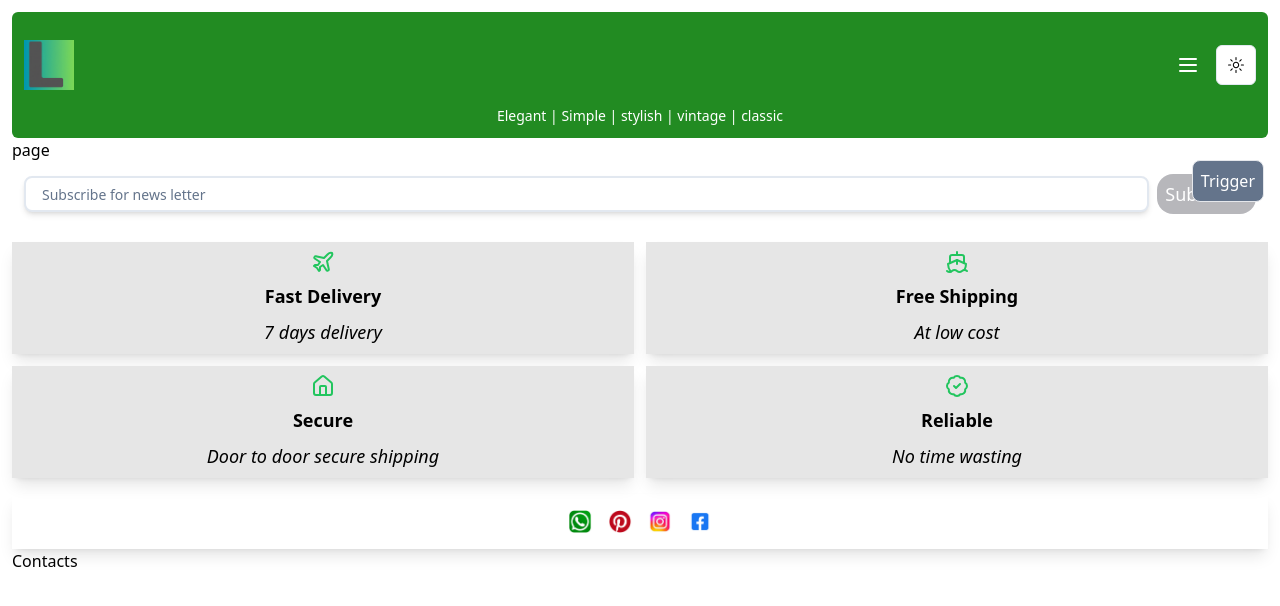
Repository: Semanmernstack/bisi-abejide
Page: /bb
These files come from the project's save history. The page is drawn as it stood at one moment and after the next save; the edit follows.
The browser window is 1280 px wide. The pictures show the whole page.
The project was rebuilt for these pictures with package versions that can differ from the ones it lists, and the page was loaded fresh each time. The framework's server and built-in components were replaced by stand-ins that run in the browser. Also part of the build but not shown: next.config.mjs.

Above is the page before, as saved 2024-04-19 00:57:29.

### app/layout.tsx
import type { Metadata } from "next";
import { Inter } from "next/font/google";
import "./globals.css";
import { ThemeProvider } from "@/components/theme-provider";
import Nav from "@/components/Nav";
import Footer from "@/components/Footer";

const inter = Inter({ subsets: ["latin"] });

export const metadata: Metadata = {
  title: "Welcome to Lolaflo store",
  description: "Hppy Shopping",
};

export default function RootLayout({
  children,
}: Readonly<{
  children: React.ReactNode;
}>) {
  return (
    <html lang="en">
      <body className=" flex flex-col p-3  min-h-screen   dark:bg-gray-800 dark:text-white">
      <ThemeProvider
            attribute="class"
            defaultTheme="system"
            enableSystem
            disableTransitionOnChange
          >
            <Nav/>
        {children}
        <Footer/>
      </ThemeProvider>
        </body>
    </html>
  );
}

### components/Nav.tsx
"use client"

import Image from "next/image"
import Cat from "./Cat"
import Toggle from "./Toggle"
import { motion } from "framer-motion"
import anky from '../public/anky.gif'
import Link from "next/link"

function Nav() {
    return (
      <div    className='p-3 top-0 z-50 sticky w-full bg-[#228B22] rounded-md  '>

          <div    className='flex py-4 gap-2 items-center justify-between '>
              <motion.div
                     initial={{
                        x: -500,
                         opacity: 0,
                        scale:0.5,
                    }}
                    animate={{
                        x:0,
                        opacity: 1,
                        scale: 1,
                    }}
                    transition={{
                        duration: 1,
                    }}
                    className='flex flex-col  justify-start   font-serif items-center  text-white'>
                    <Link href={'/'} className="flex flex-col ">


                      <Image className="flex justify-start" src={anky} alt="" width={50} height={40}/>

                    </Link>






              </motion.div>
              <motion.div
                  initial={{
                    x: 500,
                    opacity: 0,
                    scale:0.5,
                }}
                animate={{
                    x:0,
                    opacity: 1,
                    scale: 1,
                }}
                transition={{
                    duration: 1,
                }}
                className='flex items-center  space-x-2'>
                  <Cat/>
                  <Toggle/>
              </motion.div>
          </div>

          <div  className="flex  text-center justify-center text-white text-xs ">
                <h1 className="text-sm font-medium">Elegant | Simple | stylish | vintage | classic</h1>
            </div>

      </div>
    )
  }

  export default Nav

### components/Footer.tsx
"use client"
import React, { useState } from 'react'
import Mailing from './Mailing'
import Delivery from './Delivery'
import Ai from './Ai'
import NewsLet from './NewsLet'
import SubAi from './SubAi'
import Contacts from './Contacts'
import Icon from './Icon'

function Footer() {

  return (
    <div >
        <div>
            <NewsLet/>
            <SubAi   />
            <Delivery />
            <Icon/>
            <Contacts/>
        </div>
    </div>
  )
}

export default Footer

try {

} catch (error) {

}

### components/Cat.tsx
"use client"
import React from 'react'
import {
    DropdownMenu,
    DropdownMenuContent,
    DropdownMenuItem,
    DropdownMenuLabel,
    DropdownMenuSeparator,
    DropdownMenuTrigger,
  } from "@/components/ui/dropdown-menu"
import { MenuIcon } from 'lucide-react'
import { usePathname } from 'next/navigation'
import Link from 'next/link'
import Icon from './Icon'

interface P {
    name: string,
    href: string
}

const links: P[] = [
    {
        name: 'Home', href: "/"
    },
    {
        name: 'Ankara ', href: "/Ankara"

    },

    {
        name: 'Kaftan ', href: "/Kaftan"

    },
    {
        name: 'Turban ', href: "/Turban"

    },




]


function Cat() {
    const pathname = usePathname()
  return (

    <div>
        <DropdownMenu >
            <DropdownMenuTrigger className=" flex flex-col w-10 h-9  text-white text-xl  justify-center items-center text-center">
                <MenuIcon/>
            </DropdownMenuTrigger>
            <DropdownMenuContent className=''>
                <DropdownMenuLabel className=" flex font-bold font-serif sm:font-bold justify-center gap-1 p-1 border items-center"> CATEGORIES</DropdownMenuLabel>
                <DropdownMenuSeparator />

                <DropdownMenuItem className="flex items-center justify-center   flex-col p-3 gap-2    rounded-md">
                {links.map((l, index) => (
                <div key={index} className='flex   rounded-lg  text-zinc-500 md:w-1/2 text-center font-extrabold     p-2 transition ease-in-out delay-150 hover:-translate-y-1 hover:scale-95  duration-300 '>
                    {pathname === l.href ? (
                        <Link href={l.href} className='text-sm sm:text-lg text-red-800 font-semibold animate-pulse'>
                            {l.name}
                        </Link>

                    ):(
                        <Link href= {l.href }
                        className="flex   p-2 gap-1 italic sm:font-semibold hover:border rounded-lg border-teal-700  text-slate-800 dark:text-white text-sm sm:text-lg font-bold transition duration-100  "
                        >
                            {l.name}
                        </Link>

                    )}

                </div>
            ))}
            <Icon/>

                </DropdownMenuItem>


            </DropdownMenuContent>
        </DropdownMenu>

    </div>
  )
}

export default Cat

### components/Toggle.tsx
"use client"
import React from 'react'
import { MoonIcon, SunIcon } from "@radix-ui/react-icons"
import { useTheme } from "next-themes"
import { Button } from "@/components/ui/button"
import {
    DropdownMenu,
    DropdownMenuContent,
    DropdownMenuItem,
    DropdownMenuTrigger,
  } from "@/components/ui/dropdown-menu"

function Toggle() {
    const { setTheme } = useTheme()
  return (
    <div>
        <DropdownMenu>
      <DropdownMenuTrigger asChild>
        <Button variant="outline" size="icon">
          <SunIcon className=" h-4 w-4 rotate-0 scale-100 transition-all dark:-rotate-90 dark:scale-0" />
          <MoonIcon className="absolute h-4 w-4 rotate-90 scale-0 transition-all dark:rotate-0 dark:scale-100" />
          <span className="sr-only">Toggle theme</span>
        </Button>
      </DropdownMenuTrigger>
      <DropdownMenuContent align="end">
        <DropdownMenuItem onClick={() => setTheme("light")}>
          Light
        </DropdownMenuItem>
        <DropdownMenuItem onClick={() => setTheme("dark")}>
          Dark
        </DropdownMenuItem>
        <DropdownMenuItem onClick={() => setTheme("system")}>
          System
        </DropdownMenuItem>
      </DropdownMenuContent>
    </DropdownMenu>

    </div>
  )
}

export default Toggle

### components/Delivery.tsx

import {  BadgeCheckIcon, PlaneIcon, HomeIcon, ShipIcon } from 'lucide-react'
import React from 'react'

const details = [
    {
        name: 'Fast Delivery',
        icon: <PlaneIcon/>,
        desc: '7 days delivery',
    },
    {
        name: 'Free Shipping',
        icon: <ShipIcon/>,
        desc: 'At low cost',
    },
    {
        name: 'Secure',
        icon: <HomeIcon/>,
        desc: 'Door to door secure shipping',
    },
    {
        name: 'Reliable',
        icon: <BadgeCheckIcon/>,
        desc: 'No time wasting',
    },
]

function Delivery() {
  return (
    <div className='  dark:bg-gray-800   py-4 grid grid-cols-1 sm:grid-cols-2 gap-3'>
        {details?.map((b, i) => (
            <div className='flex flex-col border-1  text-center justify-center items-center  bg-[#e6e6e6] p-2 gap-2 shadow-lg ' key={i}>
                <h2 className='text-green-500 '>{b.icon}</h2>
                <h4 className='text-xs sm:text-sm md:text-lg dark:text-white font-bold'>{b.name}</h4>
                <h5 className='text-xs sm:text-sm  dark:text-white md:text-lg italic'>{b.desc}</h5>


            </div>

        ))}


    </div>

  )
}

export default Delivery

### components/NewsLet.tsx
import React from 'react'
import Mail from './Mail'

function NewsLet() {
  return (
    <div>
        <Mail/>
    </div>
  )
}

export default NewsLet

### components/SubAi.tsx
"use client"

import React, { useState } from 'react'
import Ai from './Ai';
import { motion } from "framer-motion"

function SubAi() {
  const [chatBoxOpen, setChatBoxOpen] = useState(false);
  return (
    <motion.div
    initial={{
      x: 500,
      opacity: 0,
      scale:0.5,
  }}
  animate={{
      x:0,
      opacity: 1,
      scale: 1,
  }}
  transition={{
      duration: 1,
  }}
       className='flex items-center justify-between right-4 top-40 z-50 fixed  bg-slate-500 rounded-lg text-white  max-w-2xl border p-2 '  >



      <Ai />
    </motion.div>
  )
}

export default SubAi

### components/Icon.tsx
"use client"
import React from 'react'

import whatsapp from '../public/whatsapp.png'
import instagram from '../public/intagram.jpg'
import facebook from '../public/facebook.png'
import pinterest from '../public/pinterest.png'
import Image from 'next/image'
import Link from 'next/link'

function Icon() {
  return (
    <div


        className='flex p-4 gap-4 shadow-lg items-center text-center justify-center   text-sm      '>

        <Link className='contain  transition ease-in-out delay-150  hover:translate-y-1 hover:scale-95  duration-300      ' href={''}>
            <Image src={whatsapp} alt="whatsapp" width={24} height={24} />
        </Link>
        <Link className='contain  transition ease-in-out delay-150  hover:translate-y-1 hover:scale-95  duration-300    ' href={''}>
            <Image src={pinterest} alt="whatsapp" width={24} height={24} />
        </Link>
        <Link className='contain transition ease-in-out delay-150  hover:translate-y-1 hover:scale-95  duration-300   ' href={''}>

            <Image src={instagram} alt="whatsapp" width={24} height={24} />
        </Link>
        <Link className='contain transition ease-in-out delay-150  hover:translate-y-1 hover:scale-95  duration-300     ' href={''}>
            <Image src={facebook} alt="whatsapp" width={24} height={24} />
        </Link>


    </div>
  )
}

export default Icon

### components/ui/dropdown-menu.tsx
"use client"

import * as React from "react"
import * as DropdownMenuPrimitive from "@radix-ui/react-dropdown-menu"
import { Check, ChevronRight, Circle } from "lucide-react"

import { cn } from "@/lib/utils"

const DropdownMenu = DropdownMenuPrimitive.Root

const DropdownMenuTrigger = DropdownMenuPrimitive.Trigger

const DropdownMenuGroup = DropdownMenuPrimitive.Group

const DropdownMenuPortal = DropdownMenuPrimitive.Portal

const DropdownMenuSub = DropdownMenuPrimitive.Sub

const DropdownMenuRadioGroup = DropdownMenuPrimitive.RadioGroup

const DropdownMenuSubTrigger = React.forwardRef<
  React.ElementRef<typeof DropdownMenuPrimitive.SubTrigger>,
  React.ComponentPropsWithoutRef<typeof DropdownMenuPrimitive.SubTrigger> & {
    inset?: boolean
  }
>(({ className, inset, children, ...props }, ref) => (
  <DropdownMenuPrimitive.SubTrigger
    ref={ref}
    className={cn(
      "flex cursor-default select-none items-center rounded-sm px-2 py-1.5 text-sm outline-none focus:bg-slate-100 data-[state=open]:bg-slate-100 dark:focus:bg-slate-800 dark:data-[state=open]:bg-slate-800",
      inset && "pl-8",
      className
    )}
    {...props}
  >
    {children}
    <ChevronRight className="ml-auto h-4 w-4" />
  </DropdownMenuPrimitive.SubTrigger>
))
DropdownMenuSubTrigger.displayName =
  DropdownMenuPrimitive.SubTrigger.displayName

const DropdownMenuSubContent = React.forwardRef<
  React.ElementRef<typeof DropdownMenuPrimitive.SubContent>,
  React.ComponentPropsWithoutRef<typeof DropdownMenuPrimitive.SubContent>
>(({ className, ...props }, ref) => (
  <DropdownMenuPrimitive.SubContent
    ref={ref}
    className={cn(
      "z-50 min-w-[8rem] overflow-hidden rounded-md border border-slate-200 bg-white p-1 text-slate-950 shadow-lg data-[state=open]:animate-in data-[state=closed]:animate-out data-[state=closed]:fade-out-0 data-[state=open]:fade-in-0 data-[state=closed]:zoom-out-95 data-[state=open]:zoom-in-95 data-[side=bottom]:slide-in-from-top-2 data-[side=left]:slide-in-from-right-2 data-[side=right]:slide-in-from-left-2 data-[side=top]:slide-in-from-bottom-2 dark:border-slate-800 dark:bg-slate-950 dark:text-slate-50",
      className
    )}
    {...props}
  />
))
DropdownMenuSubContent.displayName =
  DropdownMenuPrimitive.SubContent.displayName

const DropdownMenuContent = React.forwardRef<
  React.ElementRef<typeof DropdownMenuPrimitive.Content>,
  React.ComponentPropsWithoutRef<typeof DropdownMenuPrimitive.Content>
>(({ className, sideOffset = 4, ...props }, ref) => (
  <DropdownMenuPrimitive.Portal>
    <DropdownMenuPrimitive.Content
      ref={ref}
      sideOffset={sideOffset}
      className={cn(
        "z-50 min-w-[8rem] overflow-hidden rounded-md border border-slate-200 bg-white p-1 text-slate-950 shadow-md data-[state=open]:animate-in data-[state=closed]:animate-out data-[state=closed]:fade-out-0 data-[state=open]:fade-in-0 data-[state=closed]:zoom-out-95 data-[state=open]:zoom-in-95 data-[side=bottom]:slide-in-from-top-2 data-[side=left]:slide-in-from-right-2 data-[side=right]:slide-in-from-left-2 data-[side=top]:slide-in-from-bottom-2 dark:border-slate-800 dark:bg-slate-950 dark:text-slate-50",
        className
      )}
      {...props}
    />
  </DropdownMenuPrimitive.Portal>
))
DropdownMenuContent.displayName = DropdownMenuPrimitive.Content.displayName

const DropdownMenuItem = React.forwardRef<
  React.ElementRef<typeof DropdownMenuPrimitive.Item>,
  React.ComponentPropsWithoutRef<typeof DropdownMenuPrimitive.Item> & {
    inset?: boolean
  }
>(({ className, inset, ...props }, ref) => (
  <DropdownMenuPrimitive.Item
    ref={ref}
    className={cn(
      "relative flex cursor-default select-none items-center rounded-sm px-2 py-1.5 text-sm outline-none transition-colors focus:bg-slate-100 focus:text-slate-900 data-[disabled]:pointer-events-none data-[disabled]:opacity-50 dark:focus:bg-slate-800 dark:focus:text-slate-50",
      inset && "pl-8",
      className
    )}
    {...props}
  />
))
DropdownMenuItem.displayName = DropdownMenuPrimitive.Item.displayName

const DropdownMenuCheckboxItem = React.forwardRef<
  React.ElementRef<typeof DropdownMenuPrimitive.CheckboxItem>,
  React.ComponentPropsWithoutRef<typeof DropdownMenuPrimitive.CheckboxItem>
>(({ className, children, checked, ...props }, ref) => (
  <DropdownMenuPrimitive.CheckboxItem
    ref={ref}
    className={cn(
      "relative flex cursor-default select-none items-center rounded-sm py-1.5 pl-8 pr-2 text-sm outline-none transition-colors focus:bg-slate-100 focus:text-slate-900 data-[disabled]:pointer-events-none data-[disabled]:opacity-50 dark:focus:bg-slate-800 dark:focus:text-slate-50",
      className
    )}
    checked={checked}
    {...props}
  >
    <span className="absolute left-2 flex h-3.5 w-3.5 items-center justify-center">
      <DropdownMenuPrimitive.ItemIndicator>
        <Check className="h-4 w-4" />
      </DropdownMenuPrimitive.ItemIndicator>
    </span>
    {children}
  </DropdownMenuPrimitive.CheckboxItem>
))
DropdownMenuCheckboxItem.displayName =
  DropdownMenuPrimitive.CheckboxItem.displayName

const DropdownMenuRadioItem = React.forwardRef<
  React.ElementRef<typeof DropdownMenuPrimitive.RadioItem>,
  React.ComponentPropsWithoutRef<typeof DropdownMenuPrimitive.RadioItem>
>(({ className, children, ...props }, ref) => (
  <DropdownMenuPrimitive.RadioItem
    ref={ref}
    className={cn(
      "relative flex cursor-default select-none items-center rounded-sm py-1.5 pl-8 pr-2 text-sm outline-none transition-colors focus:bg-slate-100 focus:text-slate-900 data-[disabled]:pointer-events-none data-[disabled]:opacity-50 dark:focus:bg-slate-800 dark:focus:text-slate-50",
      className
    )}
    {...props}
  >
    <span className="absolute left-2 flex h-3.5 w-3.5 items-center justify-center">
      <DropdownMenuPrimitive.ItemIndicator>
        <Circle className="h-2 w-2 fill-current" />
      </DropdownMenuPrimitive.ItemIndicator>
    </span>
    {children}
  </DropdownMenuPrimitive.RadioItem>
))
DropdownMenuRadioItem.displayName = DropdownMenuPrimitive.RadioItem.displayName

const DropdownMenuLabel = React.forwardRef<
  React.ElementRef<typeof DropdownMenuPrimitive.Label>,
  React.ComponentPropsWithoutRef<typeof DropdownMenuPrimitive.Label> & {
    inset?: boolean
  }
>(({ className, inset, ...props }, ref) => (
  <DropdownMenuPrimitive.Label
    ref={ref}
    className={cn(
      "px-2 py-1.5 text-sm font-semibold",
      inset && "pl-8",
      className
    )}
    {...props}
  />
))
DropdownMenuLabel.displayName = DropdownMenuPrimitive.Label.displayName

const DropdownMenuSeparator = React.forwardRef<
  React.ElementRef<typeof DropdownMenuPrimitive.Separator>,
  React.ComponentPropsWithoutRef<typeof DropdownMenuPrimitive.Separator>
>(({ className, ...props }, ref) => (
  <DropdownMenuPrimitive.Separator
    ref={ref}
    className={cn("-mx-1 my-1 h-px bg-slate-100 dark:bg-slate-800", className)}
    {...props}
  />
))
DropdownMenuSeparator.displayName = DropdownMenuPrimitive.Separator.displayName

const DropdownMenuShortcut = ({
  className,
  ...props
}: React.HTMLAttributes<HTMLSpanElement>) => {
  return (
    <span
      className={cn("ml-auto text-xs tracking-widest opacity-60", className)}
      {...props}
    />
  )
}
DropdownMenuShortcut.displayName = "DropdownMenuShortcut"

export {
  DropdownMenu,
  DropdownMenuTrigger,
  DropdownMenuContent,
  DropdownMenuItem,
  DropdownMenuCheckboxItem,
  DropdownMenuRadioItem,
  DropdownMenuLabel,
  DropdownMenuSeparator,
  DropdownMenuShortcut,
  DropdownMenuGroup,
  DropdownMenuPortal,
  DropdownMenuSub,
  DropdownMenuSubContent,
  DropdownMenuSubTrigger,
  DropdownMenuRadioGroup,
}

### components/ui/button.tsx
import * as React from "react"
import { Slot } from "@radix-ui/react-slot"
import { cva, type VariantProps } from "class-variance-authority"

import { cn } from "@/lib/utils"

const buttonVariants = cva(
  "inline-flex items-center justify-center whitespace-nowrap rounded-md text-sm font-medium ring-offset-white transition-colors focus-visible:outline-none focus-visible:ring-2 focus-visible:ring-slate-950 focus-visible:ring-offset-2 disabled:pointer-events-none disabled:opacity-50 dark:ring-offset-slate-950 dark:focus-visible:ring-slate-300",
  {
    variants: {
      variant: {
        default: "bg-slate-900 text-slate-50 hover:bg-slate-900/90 dark:bg-slate-50 dark:text-slate-900 dark:hover:bg-slate-50/90",
        destructive:
          "bg-red-500 text-slate-50 hover:bg-red-500/90 dark:bg-red-900 dark:text-slate-50 dark:hover:bg-red-900/90",
        outline:
          "border border-slate-200 bg-white hover:bg-slate-100 hover:text-slate-900 dark:border-slate-800 dark:bg-slate-950 dark:hover:bg-slate-800 dark:hover:text-slate-50",
        secondary:
          "bg-slate-100 text-slate-900 hover:bg-slate-100/80 dark:bg-slate-800 dark:text-slate-50 dark:hover:bg-slate-800/80",
        ghost: "hover:bg-slate-100 hover:text-slate-900 dark:hover:bg-slate-800 dark:hover:text-slate-50",
        link: "text-slate-900 underline-offset-4 hover:underline dark:text-slate-50",
      },
      size: {
        default: "h-10 px-4 py-2",
        sm: "h-9 rounded-md px-3",
        lg: "h-11 rounded-md px-8",
        icon: "h-10 w-10",
      },
    },
    defaultVariants: {
      variant: "default",
      size: "default",
    },
  }
)

export interface ButtonProps
  extends React.ButtonHTMLAttributes<HTMLButtonElement>,
    VariantProps<typeof buttonVariants> {
  asChild?: boolean
}

const Button = React.forwardRef<HTMLButtonElement, ButtonProps>(
  ({ className, variant, size, asChild = false, ...props }, ref) => {
    const Comp = asChild ? Slot : "button"
    return (
      <Comp
        className={cn(buttonVariants({ variant, size, className }))}
        ref={ref}
        {...props}
      />
    )
  }
)
Button.displayName = "Button"

export { Button, buttonVariants }

### components/Mail.tsx
"use client"
import React, { FormEvent, useState } from 'react'
import { Input } from './ui/input'
import { Button } from './ui/button'

function Mail() {
    const [input, setInput] = useState<string>("")
    const [mailError, setMailError] = useState<string> ("")
    const [mailOk, setMailOk] = useState<string>("")

    const handleSubmit = async (e: FormEvent<HTMLFormElement>) => {
        e.preventDefault()
        const email = input;


        const res = await fetch("/api/mailSub", {
            method: 'POST',
            headers: {
                "Content-Type": "application/json",
            },

            body: JSON.stringify({email}),

        })

        const data = await res.json()
        if (data.error) {
            setMailError('Hey you already subscribe to trizzas cake')

            return
        }
        setMailOk(data.res)
        setInput("")


    }


  return (
    <div className='flex flex-col items-center w-full  '>
        <form className="flex  flex-col p-3 w-full " onSubmit={handleSubmit}>
            <div className='gap-2 flex  flex-col md:flex-row items-center'>
                <Input type="email"
                    placeholder='Subscribe for news letter'
                    value={input}

                    onChange={(e) => setInput(e.target.value)}
                    required
                    className="outline-none flex-1 w-full text-white shadow-md  border-2 h-12 md:h-8   p-4 rounded-lg   from-fuchsia-400 "

                 />
                 <Button className="text-sm   text-center justify-center flex cursor-pointer  text-white bg-zinc-500 p-2  sm:text-lg transition ease-in-out delay-150 hover:-translate-y-1 hover:scale-95  duration-300  rounded-xl md:rounded-2xl " type='submit' disabled={!input}    >
                    Subscribe
                 </Button>
            </div>

        </form>
        {(mailOk || mailError ) && (
            <div className="mt-5 text-sm text-center justify-center font-extrabold">
             {mailOk ?(<p className="  bg-red-900 px-2 py-2 mb-2 text-white"> Subscription Sucessful !! </p>):(<p className="bg-green-500 p-1">You already Subscribed</p>)}
            </div>
        )}

    </div>
  )
}

export default Mail

### components/Ai.tsx
import {  Bot, MessageCircleIcon, SendHorizontal, XCircle } from 'lucide-react'
import React, { useState } from 'react'


import Popup from 'reactjs-popup';
import 'reactjs-popup/dist/index.css';


function Ai() {





  return (


  <div >

  <Popup trigger={<button> Trigger</button>} position="right center">
    <div>Welcome to Lolaflo !!</div>
  </Popup>

  </div>

  )
}

export default Ai

### components/ui/input.tsx
import * as React from "react"

import { cn } from "@/lib/utils"

export interface InputProps
  extends React.InputHTMLAttributes<HTMLInputElement> {}

const Input = React.forwardRef<HTMLInputElement, InputProps>(
  ({ className, type, ...props }, ref) => {
    return (
      <input
        type={type}
        className={cn(
          "flex h-10 w-full rounded-md border border-slate-200 bg-white px-3 py-2 text-sm ring-offset-white file:border-0 file:bg-transparent file:text-sm file:font-medium placeholder:text-slate-500 focus-visible:outline-none focus-visible:ring-2 focus-visible:ring-slate-950 focus-visible:ring-offset-2 disabled:cursor-not-allowed disabled:opacity-50 dark:border-slate-800 dark:bg-slate-950 dark:ring-offset-slate-950 dark:placeholder:text-slate-400 dark:focus-visible:ring-slate-300",
          className
        )}
        ref={ref}
        {...props}
      />
    )
  }
)
Input.displayName = "Input"

export { Input }

Loaded but not shown: app/bb/page.tsx (common file); app/globals.css (common file); components/theme-provider.tsx (common file); components/Contacts.tsx (common file); lib/utils.ts (common file); tailwind.config.ts (common file)

After the next save:
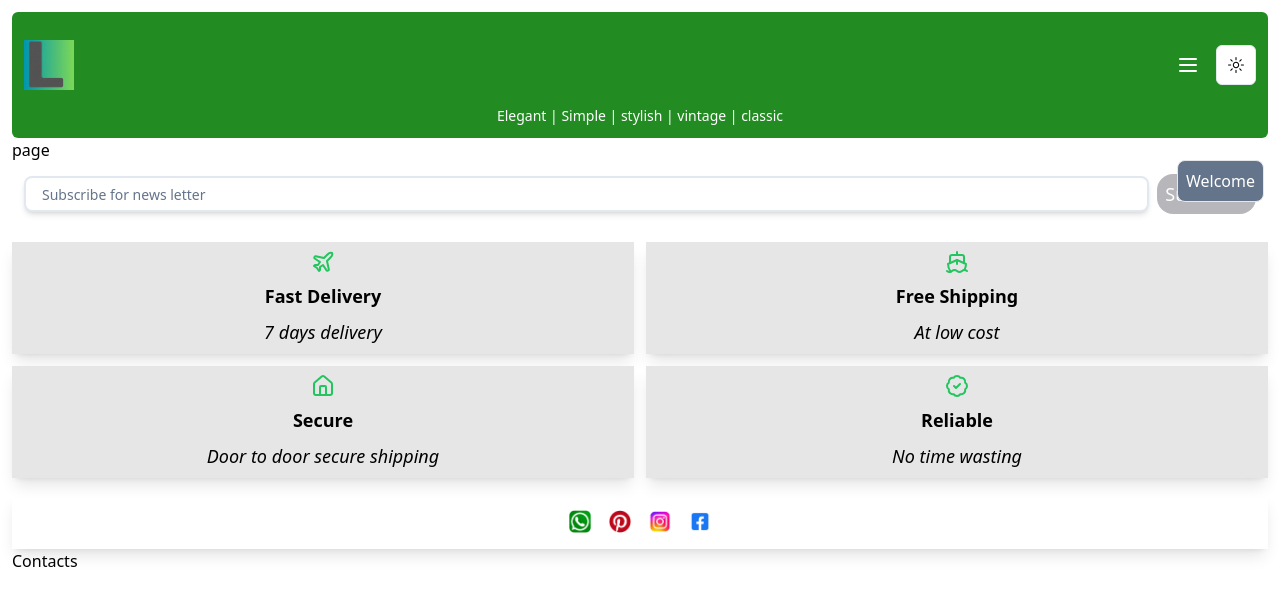
Saved 3 min 32 s later.
--- a/components/Ai.tsx
+++ b/components/Ai.tsx
@@ -17,7 +17,7 @@ function Ai() {
 
   <div >
 
-  <Popup trigger={<button> Trigger</button>} position="right center">
+  <Popup trigger={<button> Welcome</button>} position="left center">
     <div>Welcome to Lolaflo !!</div>
   </Popup>
 
